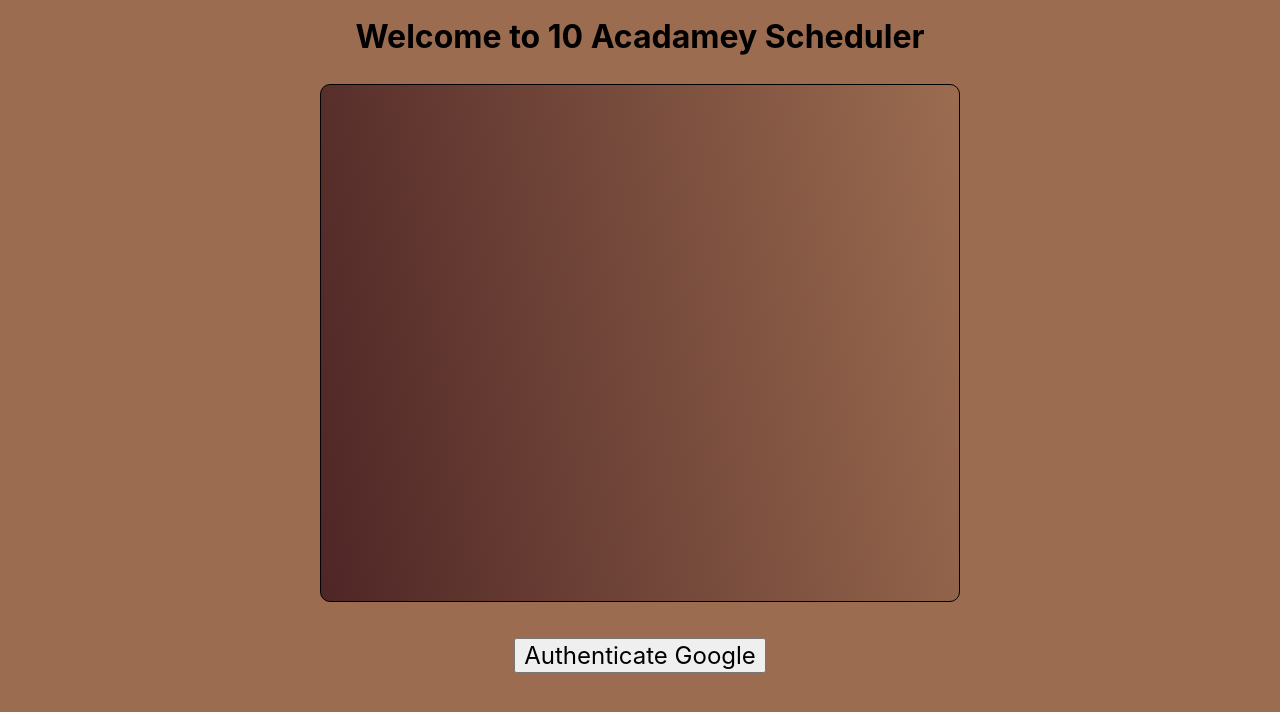
Repository: nebilarega/calendar-extractor
Page: / (app in frontend/)
An editor plug-in stored every save of this project. The page is shown before and after the next save, followed by the edit.
The browser window is 1280 px wide. The pictures show the whole page.
The project was rebuilt for these pictures with package versions that can differ from the ones it lists, and the page was loaded fresh each time.

Above is the page before, as saved 2022-08-24 23:35:34.

### frontend/src/App.js
import "./App.css";
import { GoogleOAuthProvider } from "@react-oauth/google";
import { GoogleLogin } from "@react-oauth/google";
import { useState } from "react";
import axios from "axios";

import LandingPage from "./component/LandingPage";

const sampleData = {
  submmary: "Nebil this is a new event",
  description: "A chance to hear more about Google's developer products.",
  location: "800 Howard St., San Francisco, CA 94103",
  start: "August 23, 2022 8:00 AM UTC",
  end: "August 23, 2022 9:00 AM UTC",
  hangoutLink: "meet.google.com/ysb-kjdn-hpp",
};
const App = () => {
  let url;
  const [disabled, setDisabled] = useState(false);
  const responseGoogle = (response) => {
    const code = response;
    axios
      .post("/api/create-tokens", code)
      .then((response) => {
        console.log("response", response.data);
      })
      .catch((error) => {
        console.log(error);
      });
  };
  const responseError = (response) => {
    console.log(response);
  };
  const getUrl = () => {
    axios.get("/api/create-token-v2").then((response) => {
      url = response.data.url;
      if (url) {
        setDisabled(true);
      }
      window.open(url, "_blank");
    });
  };
  const handleClick = () => {
    axios.post("/api/create-events", sampleData).then((response) => {
      console.log("response", response.data);
    });
  };
  return (
    <div className="App" style={{ height: "100vh" }}>
      <LandingPage
        disabled={disabled}
        getUrl={getUrl}
        handleClick={handleClick}
      ></LandingPage>
    </div>
  );
};

export default App;

### frontend/src/App.css
.App {
  text-align: center;
}

.App-logo {
  height: 40vmin;
  pointer-events: none;
}

@media (prefers-reduced-motion: no-preference) {
  .App-logo {
    animation: App-logo-spin infinite 20s linear;
  }
}

.App-header {
  background-color: #282c34;
  min-height: 100vh;
  display: flex;
  flex-direction: column;
  align-items: center;
  justify-content: center;
  font-size: calc(10px + 2vmin);
  color: white;
}

.App-link {
  color: #61dafb;
}

@keyframes App-logo-spin {
  from {
    transform: rotate(0deg);
  }
  to {
    transform: rotate(360deg);
  }
}
.center {
  display: flex;
  justify-content: center;
  align-items: center;
}
.academy {
  width: 100%;
  height: 50vh;
  border-radius: 10px;
  display: flex;
  flex-direction: column;
  justify-content: space-between;
  align-items: center;
  /* margin-left: 10%; */
  /* margin-right: 10%; */
}
.academy-calendar {
  margin-top: 20%;
  font-size: 30px;
}

### frontend/src/component/LandingPage.js
import "../css/landing.css";

const LandingPage = ({ disabled, handleClick, getUrl }) => {
  return (
    <div className="main">
      <header className="header">
        <span className="title"> Welcome to 10 Acadamey Scheduler</span>
      </header>
      <main className="body">
        <div className="card"></div>
        <div className="footer">
          {!disabled ? (
            <div>
              <button className="google__api" onClick={getUrl}>
                Authenticate Google
              </button>
            </div>
          ) : (
            <div>
              <button className="post__event" onClick={handleClick}>
                Post Event
              </button>
            </div>
          )}
        </div>
      </main>
    </div>
  );
};

export default LandingPage;

### frontend/src/css/landing.css
/* Box sizing rules */
*,
*::before,
*::after {
  box-sizing: border-box;
}

/* Remove default margin */
body,
h1,
h2,
h3,
h4,
p,
figure,
blockquote,
dl,
dd {
  margin: 0;
}

/* Remove list styles on ul, ol elements with a list role, which suggests default styling will be removed */
ul[role="list"],
ol[role="list"] {
  list-style: none;
}

/* Set core root defaults */
html:focus-within {
  scroll-behavior: smooth;
}

/* A elements that don't have a class get default styles */
a:not([class]) {
  text-decoration-skip-ink: auto;
}

/* Make images easier to work with */
img,
picture {
  max-width: 100%;
  display: block;
}

/* Inherit fonts for inputs and buttons */
input,
button,
textarea,
select {
  font: inherit;
}

/* The remaining page */
.main {
  width: 100%;
  height: 100%;
  background-color: #9b6c50;
}
.header {
  width: 100%;
  height: 10vh;
  background-image: linear-gradient();
  background-color: "cyan";
  display: flex;
  justify-content: center;
  align-items: center;
}
.title {
  font-size: 2rem;
  font-weight: bold;
  color: "yellow";
}
.body {
  width: 100%;
  height: 90vh;
  background-color: "gray";
  display: flex;
  flex-direction: column;
  justify-content: center;
  align-items: center;
}
.card {
  width: 50%;
  height: 80%;
  border: 1px solid black;
  display: flex;
  border: 1px solid black;
  border-radius: 10px;
  justify-content: center;
  align-items: center;
  background-image: linear-gradient(260deg, #9b6c50 0%, #4f2626 100%);
}
button {
  margin: 2.2rem;
  height: 2.2rem;
  padding-left: 0.5rem;
  padding-right: 0.5rem;
  font-size: 1.5rem;
}

Loaded but not shown: frontend/public/index.html (common file); frontend/src/index.js (common file); frontend/src/index.css (common file)

After the next save:
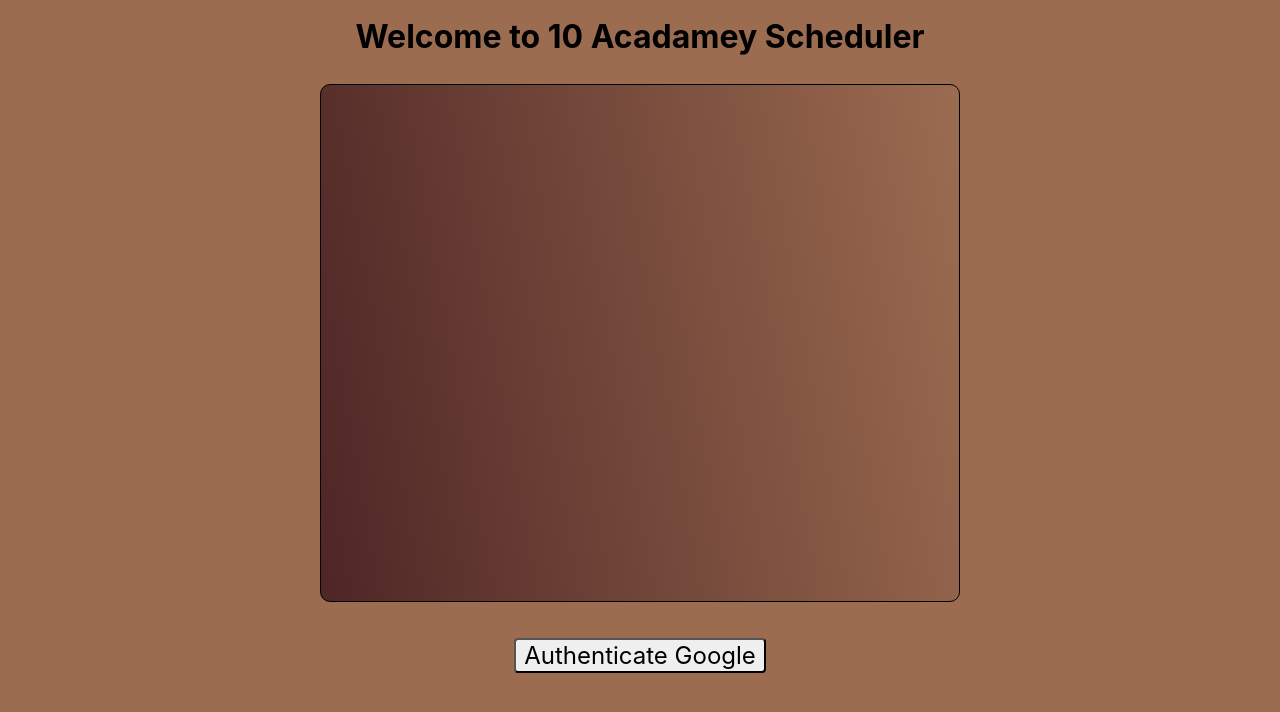
Saved 20 s later.
--- a/frontend/src/css/landing.css
+++ b/frontend/src/css/landing.css
@@ -96,4 +96,5 @@
   padding-left: 0.5rem;
   padding-right: 0.5rem;
   font-size: 1.5rem;
+  border-radius: 0.25rem;
 }
